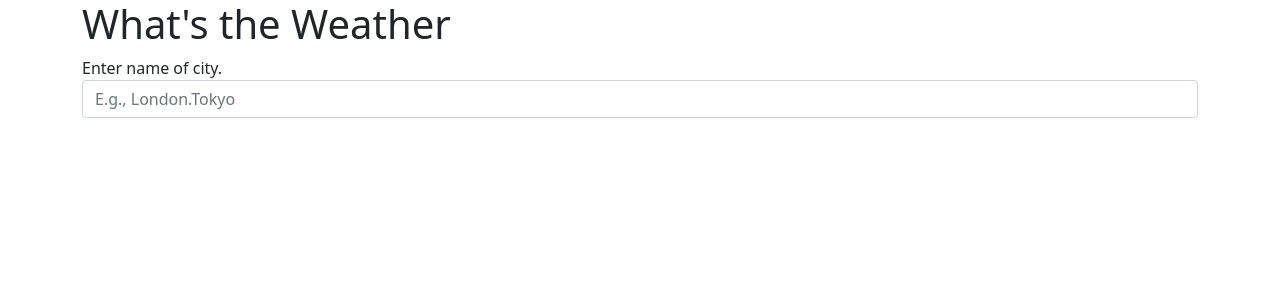
Repository: shanu4182/phpprojectgh
Page: http://localhost/ws.php
These files come from the project's save history. The page is drawn as it stood at one moment and after the next save; the edit follows.
The browser window is 1280 px wide. The pictures show the whole page.
The page is run by PHP 8.4 with error messages shown; the project is at /var/www/html/.

Above is the page before, as saved 2022-12-15 15:25:11.

### ws.php
<!DOCTYPE html>
<html lang="en">
<head>
    <meta charset="UTF-8">
    <meta http-equiv="X-UA-Compatible" content="IE=edge">
    <meta name="viewport" content="width=device-width, initial-scale=1.0">
    <title>Weather Scraper</title>
    <link href="https://cdn.jsdelivr.net/npm/bootstrap@5.1.3/dist/css/bootstrap.min.css"
              rel="stylesheet"
              integrity="sha384-1BmE4kWBq78iYhFldvKuhfTAU6auU8tT94WrHftjDbrCEXSU1oBoqyl2QvZ6jIW3"
              crossorigin="anonymous">
</head>
<body>
    <div class="container">
 <h1>What's the Weather</h1>
 <form>
    <fieldset class="form-group">
        <label form="city">Enter name of city.</label>
        <input type="text" class="form-control"
        name="city" id="city" placeholder="E.g., London.Tokyo">
    </fieldset>
    <button type="submit" class="btn"
    </form>
    </div> <!--  end of clss container -->
</body>
</html>

After the next save:
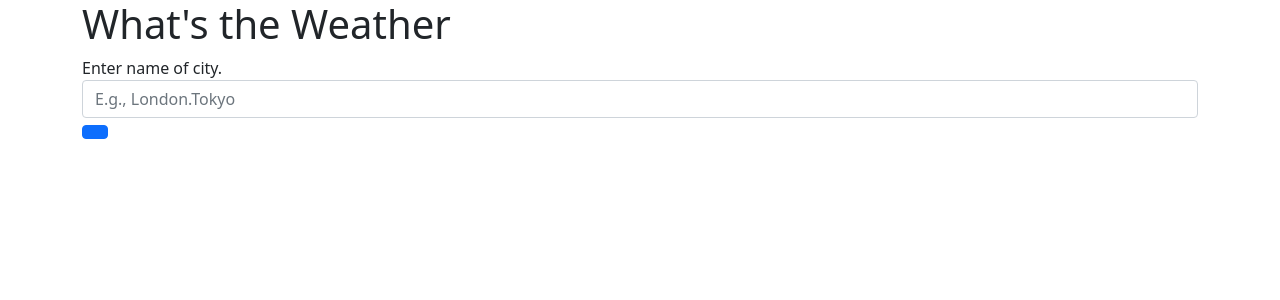
Saved 8 s later.
--- a/ws.php
+++ b/ws.php
@@ -19,7 +19,7 @@
         <input type="text" class="form-control"
         name="city" id="city" placeholder="E.g., London.Tokyo">
     </fieldset>
-    <button type="submit" class="btn"
+    <button type="submit" class="btn btn-primary"
     </form>
     </div> <!--  end of clss container -->
 </body>
